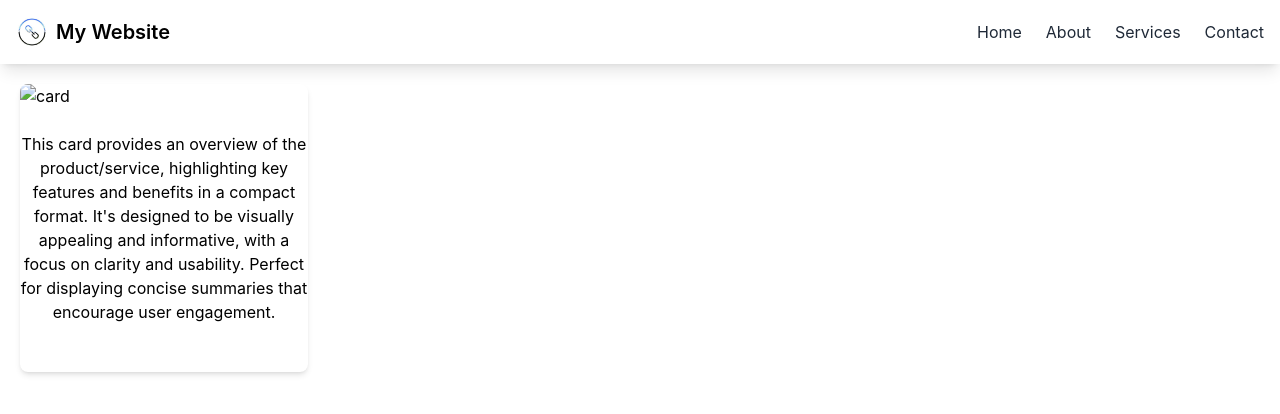
Repository: Abel-A16/react-tailwind
Page: /
The author's editor kept a copy of each file at every save. The page is drawn from the files as they stood at one save, then again after the next save.
The browser window is 1280 px wide. The pictures show the whole page.
The project was rebuilt for these pictures with package versions that can differ from the ones it lists, and the page was loaded fresh each time.

Above is the page before, as saved 2024-10-11 11:22:45.

### src/App.js
import logo from './logo.svg';
import './App.css';
import NavBar from './components/NavBar';
import CardComponent from './components/CardComponent';

function App() {
  return (
    <div className="App">
      <NavBar/>
      <div className='flex flex-wrap '>
        <CardComponent description={"This card provides an overview of the product/service, highlighting key features and benefits in a compact format. It's designed to be visually appealing and informative, with a focus on clarity and usability. Perfect for displaying concise summaries that encourage user engagement."}/>
      </div>
      </div>
  );
}

export default App;

### src/components/NavBar.js
import React, { useState } from "react";

const Navbar = () => {
  // State for controlling mobile menu visibility
  const [isMobileMenuOpen, setIsMobileMenuOpen] = useState(false);
  // State for controlling services dropdown
  const [isDropdownOpen, setIsDropdownOpen] = useState(false);

  const toggleMobileMenu = () => {
    setIsMobileMenuOpen(!isMobileMenuOpen);
  };

  const toggleDropdown = () => {
    setIsDropdownOpen(!isDropdownOpen);
  };

  return (
    <nav className="bg-white shadow-lg">
      <div className="max-w-7xl mx-auto px-4">
        <div className="flex justify-between items-center py-4">
          {/* Logo */}
          <div className="flex items-center space-x-2">
            <img src="data:[embedded picture, 8135 characters]" alt="Logo" className="h-8 w-8" />
            <span className="text-xl font-semibold">My Website</span>
          </div>

          {/* Links (hidden on small screens) */}
          <div className="hidden md:flex space-x-6">
            <a href="#" className="text-gray-800 hover:text-blue-500">
              Home
            </a>
            <a href="#" className="text-gray-800 hover:text-blue-500">
              About
            </a>

            {/* Dropdown for Services */}
            <div
              className="relative group"
              onMouseEnter={() => setIsDropdownOpen(true)}
              onMouseLeave={() => setIsDropdownOpen(false)}
            >
              <button
                className="text-gray-800 hover:text-blue-500 focus:outline-none"
                onClick={toggleDropdown}
              >
                Services
              </button>
              {isDropdownOpen && (
                <div className="absolute bg-white shadow-md mt-2 rounded-lg w-48">
                  <a
                    href="#"
                    className="block px-4 py-2 text-gray-800 hover:bg-gray-100"
                  >
                    Service 1
                  </a>
                  <a
                    href="#"
                    className="block px-4 py-2 text-gray-800 hover:bg-gray-100"
                  >
                    Service 2
                  </a>
                  <a
                    href="#"
                    className="block px-4 py-2 text-gray-800 hover:bg-gray-100"
                  >
                    Service 3
                  </a>
                </div>
              )}
            </div>

            <a href="#" className="text-gray-800 hover:text-blue-500">
              Contact
            </a>
          </div>

          {/* Hamburger menu (visible on small screens) */}
          <div className="md:hidden">
            <button
              onClick={toggleMobileMenu}
              className="focus:outline-none"
              aria-label="Toggle mobile menu"
            >
              <svg
                className="h-8 w-8 text-gray-800"
                xmlns="http://www.w3.org/2000/svg"
                fill="none"
                viewBox="0 0 24 24"
                stroke="currentColor"
              >
                <path
                  strokeLinecap="round"
                  strokeLinejoin="round"
                  strokeWidth="2"
                  d="M4 6h16M4 12h16M4 18h16"
                />
              </svg>
            </button>
          </div>
        </div>

        {/* Mobile Menu (hidden by default) */}
        {isMobileMenuOpen && (
          <div className="md:hidden">
            <a
              href="#"
              className="block px-4 py-2 text-gray-800 hover:bg-gray-100"
            >
              Home
            </a>
            <a
              href="#"
              className="block px-4 py-2 text-gray-800 hover:bg-gray-100"
            >
              About
            </a>

            {/* Mobile Services dropdown */}
            <div className="block">
              <a
                href="#"
                className="block px-4 py-2 text-gray-800 hover:bg-gray-100"
                onClick={toggleDropdown}
              >
                Services
              </a>
              {isDropdownOpen && (
                <div className="pl-4">
                  <a
                    href="#"
                    className="block px-4 py-2 text-gray-800 hover:bg-gray-100"
                  >
                    Service 1
                  </a>
                  <a
                    href="#"
                    className="block px-4 py-2 text-gray-800 hover:bg-gray-100"
                  >
                    Service 2
                  </a>
                  <a
                    href="#"
                    className="block px-4 py-2 text-gray-800 hover:bg-gray-100"
                  >
                    Service 3
                  </a>
                </div>
              )}
            </div>
            <a
              href="#"
              className="block px-4 py-2 text-gray-800 hover:bg-gray-100"
            >
              Contact
            </a>
          </div>
        )}
      </div>
    </nav>
  );
};

export default Navbar;

### src/components/CardComponent.js
import React from 'react'

function CardComponent({imageUrl, title, description}) {
  return (
    <div className='bg-white w-72 flex-wrap h-72 m-5 shadow-md rounded-lg overflow-hidden transition-transform hover:scale-105'>
      <div className='flex flex-col items-start'>
        <img src={imageUrl} alt="card" />
        <h2 className='font-bold underline mx-3 my-3'>{title}</h2>
        <p>{description}</p>
    </div>
    </div>
  )
}

export default CardComponent

### tailwind.config.js
module.exports = {
  content: [
    "./src/**/*.{js,jsx,ts,tsx}",
  ],
  theme: {
    extend: {},
  },
  plugins: [],
}

Loaded but not shown: public/index.html (common file); src/index.js (common file); src/index.css (common file); src/reportWebVitals.js (common file); src/App.css (common file)

After the next save:
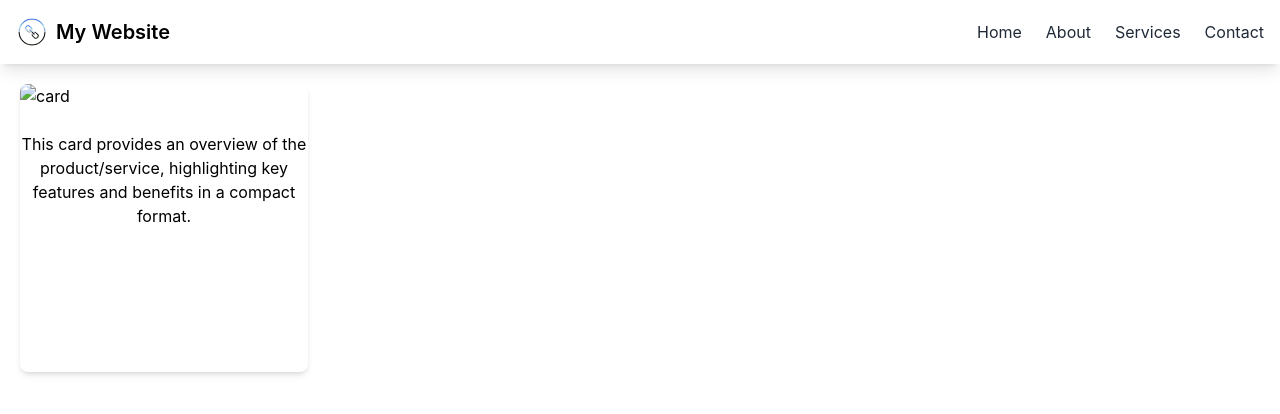
Saved 13 s later.
--- a/src/App.js
+++ b/src/App.js
@@ -8,7 +8,7 @@
     <div className="App">
       <NavBar/>
       <div className='flex flex-wrap '>
-        <CardComponent description={"This card provides an overview of the product/service, highlighting key features and benefits in a compact format. It's designed to be visually appealing and informative, with a focus on clarity and usability. Perfect for displaying concise summaries that encourage user engagement."}/>
+        <CardComponent description={"This card provides an overview of the product/service, highlighting key features and benefits in a compact format. "}/>
       </div>
       </div>
   );
